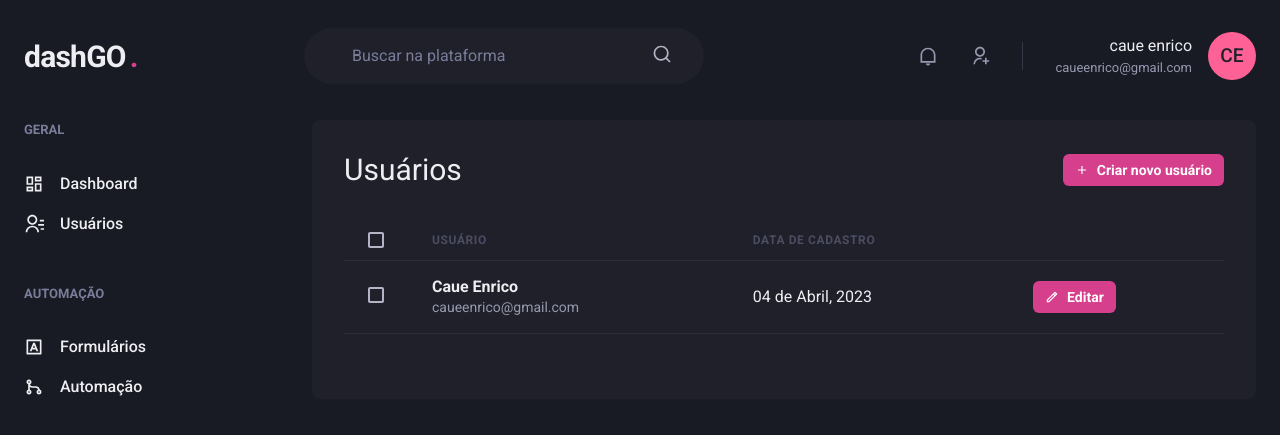
Repository: caueenrico/DashGO
Page: /user
An editor plug-in stored every save of this project. The page is shown before and after a run of saves, followed by the edit.
The browser window is 1280 px wide. The pictures show the whole page.
The project was rebuilt for these pictures with package versions that can differ from the ones it lists, and the page was loaded fresh each time. The framework's server and built-in components were replaced by stand-ins that run in the browser. Also part of the build but not shown: next.config.js.

Above is the page before, as saved 2023-03-15 10:58:25.

After the next 2 saves:
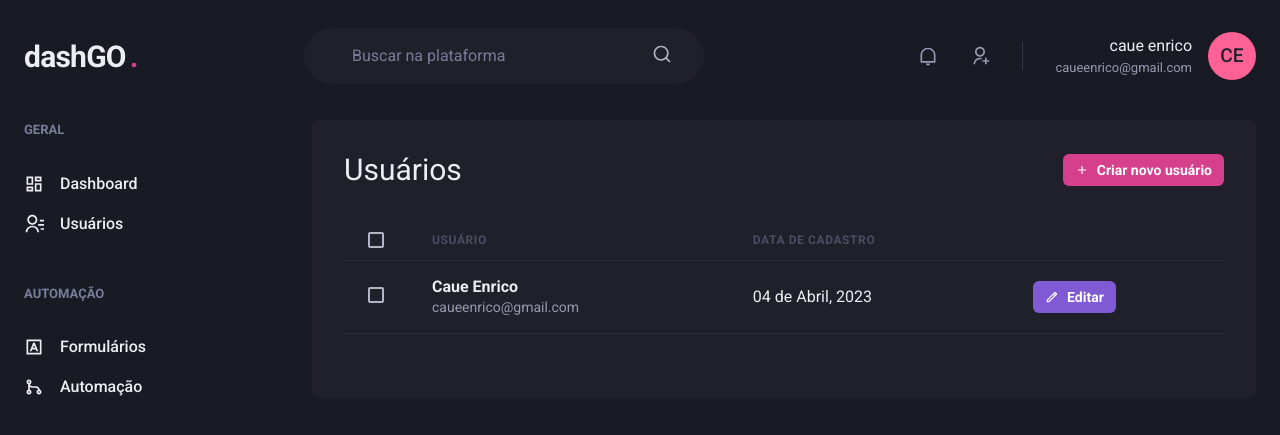
The 2 saves are shown as one change because they came seconds apart.
The last was saved 10 s later.
--- a/src/pages/user/index.tsx
+++ b/src/pages/user/index.tsx
@@ -49,7 +49,7 @@ export default function UserList() {
                 </Td>
                 <Td>04 de Abril, 2023</Td>
                 <Td>
-                  <Button as="a" size="sm" fontSize="sm" colorScheme="pink" leftIcon={<Icon as={RiPencilLine}/>} >
+                  <Button as="a" size="sm" fontSize="sm" colorScheme="purple" leftIcon={<Icon as={RiPencilLine}/>} >
                     Editar
                   </Button>
                 </Td>
